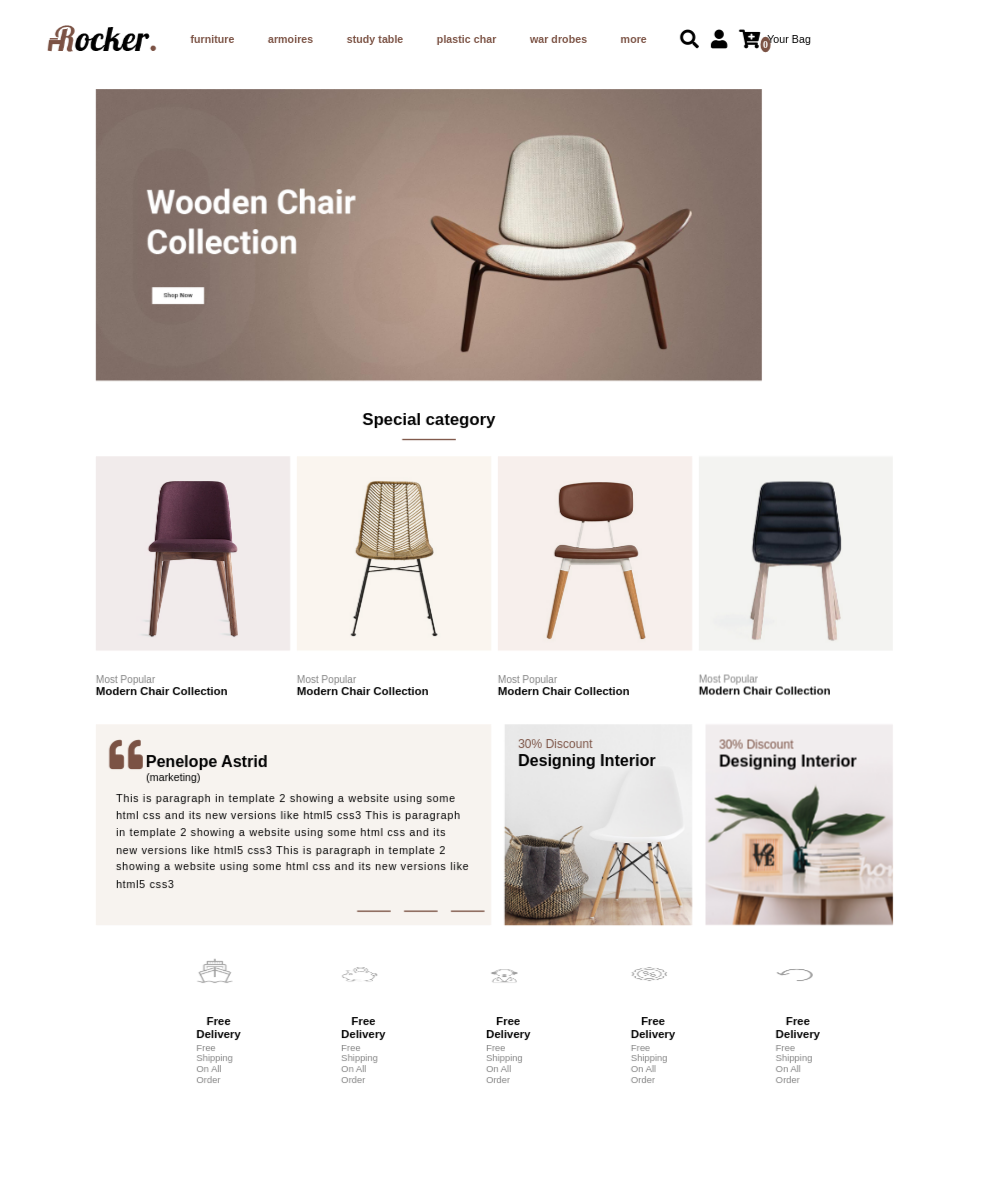
Repository: Ahmed123rezk123/p2-template
Page: index.html
The author's editor kept a copy of each file at every save. The page is drawn from the files as they stood at one save, then again after a run of saves.
The browser window is 1280 px wide. The page is 1333 px wide, then 1496 px, so the pictures cover 1496 px, including what lies to the right of the window. The pictures show the whole page, at 67% of full size.

Above is the page before, as saved 2024-01-24 22:39:54.

After the next 2 saves:
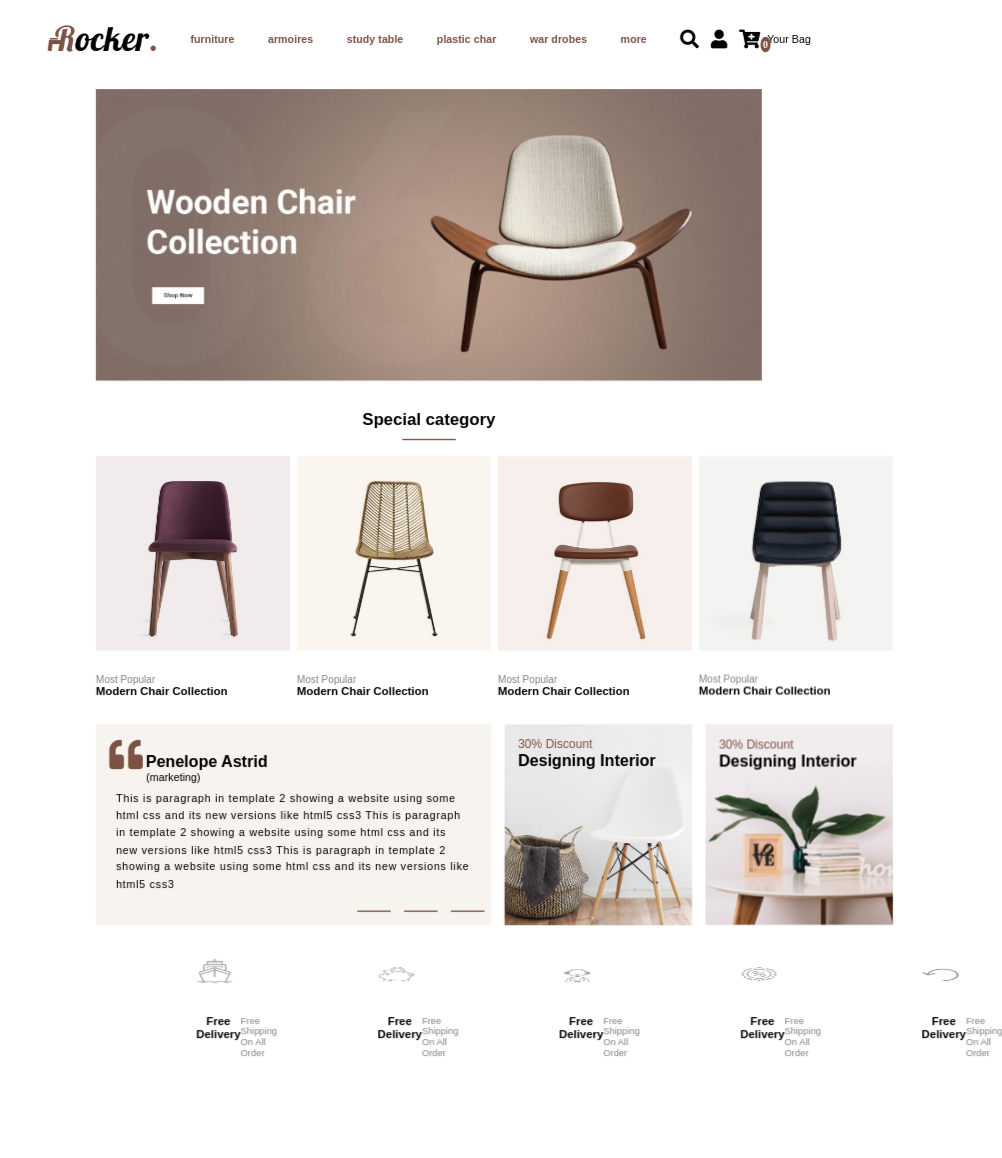
The 2 saves are shown as one change because they came seconds apart.
The last was saved 15 s later.
--- a/css/style.css
+++ b/css/style.css
@@ -360,7 +360,7 @@ left: 260px;
     .section2 .container .parent1 .parent2 .div4-1 .content-div4 ,
     .section2 .container .parent1 .parent2 .div5-1 .content-div5   {
 
-        font-size: 10px;
+         display: flex;
     }
 
     .section2 .container .parent1 .parent2 .div1-1 h3,
